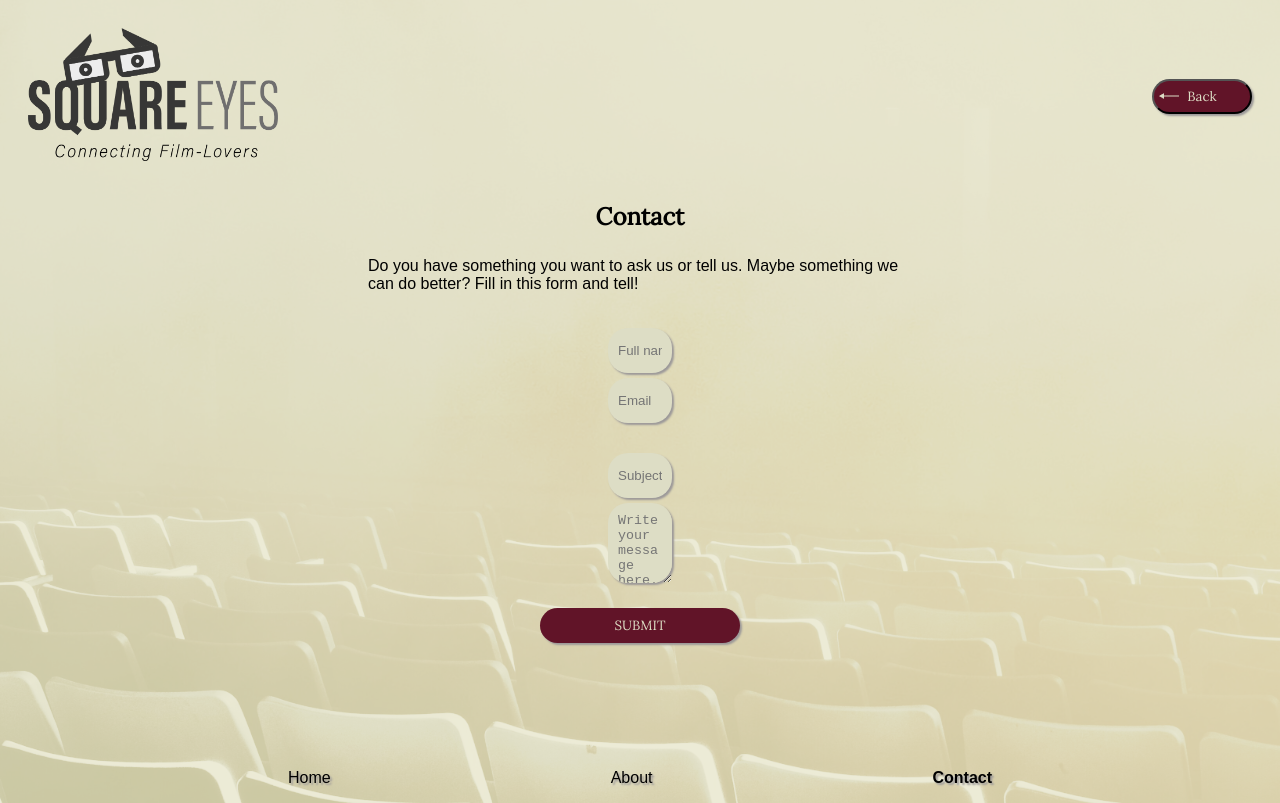
Repository: Noroff-FEU-Assignments/cross-course-project-Bekkholt
Page: contact.html
An editor plug-in stored every save of this project. The page is shown before and after the next save, followed by the edit.
The browser window is 1280 px wide. The pictures show the whole page.

Above is the page before, as saved 2022-11-07 18:38:33.

### contact.html
<!DOCTYPE html>
<html>
  <head>
    <title>Square Eyes | Contact</title>
    <meta name="description" content="Square Eyes - Connecting film lovers." />
    <meta name="viewport" content="width=device-width, initial-scale=1" />
    <link href="css/index.css" rel="stylesheet">
    <link rel="preconnect" href="https://fonts.googleapis.com">
    <link rel="preconnect" href="https://fonts.gstatic.com" crossorigin>
    <link href="https://fonts.googleapis.com/css2?family=Lora&display=swap" rel="stylesheet">
    <meta name="viewport" content="width=device-width, initial-scale=1">
  </head>
  <body>
    <header>
      <a href="index.html"><img class="logo" src="images/SquareEyes_Logo.png" alt="Square Eyes logo"></a>
      <a href="index.html"><button class="cta back">Back</button></a>
    </header>
    <main>
    <h1>Contact</h1>
    <p>
        Do you have something you want to ask us or tell us. Maybe something we can do better? Fill in this form and tell!
    </p>
    <form action="submit.php" method="post">
      <input class="contact_form" placeholder="Full name" type="text" name="fullname" />
      <input class="contact_form contact_form_space" placeholder="Email" type="email" name="email" />
      <input class="contact_form" placeholder="Subject" type="text" name="subject" />
      <textarea class="message" placeholder="Write your message here." id="message" name="message" rows="5" cols="20"></textarea>
      <input class="cta long submit_form_space" placeholder="SUBMIT" type="submit" value="SUBMIT" />
    </form>
  </main>
  <footer>
    <nav>
      <ul>
        <li><a href="index.html">Home</a></li>
        <li><a href="about.html">About</a></li>
        <li><a href="contact.html" class="active">Contact</a></li>
      </ul>
    </nav>
  </footer>
  </body>
</html>

### css/index.css
html {
    background: url(../images/alex-avalos-dnUNjIUCg5c-unsplash.jpg);
    background-size: cover;
    background-repeat: no-repeat;
    background-blend-mode:soft-light;
    background-color: #ddddc5;
    min-height: 100%;
}

h1, h2 {
    font-family: 'Lora', serif;
    font: bold;
    font-size: x-large;
    text-align: center;
    font-weight: bold;
}

p {
    font-family: 'DM Sans', sans-serif;
    color: #000000;
    text-align: left;
    padding: 5px 60px;
}

.index {
    text-shadow: 2px 2px 2px #9c9999;
}

form {
    display: flex;
    flex-direction: column;
    padding: 10px 85px 10px 85px;
}

header {
display: flex;
flex-direction: row;
justify-content: space-between;
align-items: center;
padding: 20px;
}

.genre, .price {
    display: flex;
    flex-direction: row;
    justify-content: space-around;
}

.price {
    padding-top: 0px;
    padding-bottom: 10px;
}

.hobbs, .godzilla, .batman,
.toy-story, .addams, .sweetheart, .hollywood, .scream {
    max-width: 100px;
    margin: 0px;
    box-shadow: 2px 2px 2px #9c9999;
}

.collections {
    display: flex;
    flex-direction: row;
    justify-content: space-around;
}

.cta {
    background-color: #611428;
    color: #ddddc5;
    font-family: 'Lora', serif;
    border-radius: 50px;
    width: 100px;
    height: 35px;
    text-decoration: none;
    text-align: center;
    box-shadow: 2px 2px 2px #9c9999;
}

.long {
    align-self: center;
    width: 200px;
    margin: 5px;
}

.back {
    background-image: url(../images/Arrow\ 6.png);
    background-repeat: no-repeat;
    background-position: 5px;
}

.logo {
    max-width: 150px;
    padding: 0px;
}

ul a {
    font-family: 'DM Sans', sans-serif;
    color: #000000;
    text-decoration: none;
    text-shadow: 2px 2px 2px #9c9999;
}

ul {
    list-style: none;
    display: flex;
    flex-direction: row;
    justify-content: space-evenly;
    padding: 0%;
}

.active, .bold {
    font-weight: bold;
}

.allproducts {
    display: flex;
    flex-direction: row;
}

.addams__specific {
    max-width: 50%;
    max-height: 50%;
    padding: 95px;
    padding-top: 20px;
    padding-bottom: 20px;
}

.checkmark {
    padding-left: 155px;
}

.checkout_buttons {
    display: flex;
    flex-direction: column;
    align-items: center;
    padding-top: 5px;
}

.index {
    text-align: left;
    padding-left: 15px;
}

.continue {
    text-align: center;
    padding: 0px;
    margin: 20px;
}

.congratulations {
    color: #611428;
    font-size: xx-large;
}

.director_photo {
    padding-left: 50px;
}

input, textarea  {
    margin-bottom: 5px;
    border-radius: 20px;
    background-color: #ddddc5;
    box-shadow: 2px 2px 2px #9c9999;
    border: none;
    height: 25px;
}

.contact_form {
    padding: 10px;
}

.contact_form_space {
    margin-bottom: 30px;
}

.message {
    height: 60px;
    padding: 10px;
}

.submit_form_space {
    margin-top: 20px;
    margin-bottom: 100px;
}

.small_form {
    display: flex;
    justify-content: center space-evenly;
    width: 98px;
}

.paypal {
    width: 80px;
    height: 60px;
    border-radius: 90px;
    display: flex;
    align-self: center;
    background-image: url(../images/paypal_button.png);
    background-repeat: no-repeat;
    background-position: 50%;
    box-shadow: 2px 2px 2px #9c9999;
}

.paypal_button {
    /* width: 80px;
    height: 60px; */
    border-radius: 90px;
    display: flex;
    flex-direction: column;
    background-color: #ddddc5;
    align-self: center;
    box-shadow: 2px 2px 2px #9c9999;
    text-decoration: none;
    margin: auto;
    width: fit-content;
    padding: 5px 0;
}

.paypal_button_text {
    text-align: center;
    margin: 0 30px;
    padding: 0;
}

.paypal_button_logo {
    width: 30px;
    align-self: center;
}

.product_text {
    margin-top: 1px;
    margin-bottom: 1px;
}

@media (min-width: 600px) and (max-width: 999px) {

    p {
    margin: 0px 100px;
    }

    .director_photo {
        margin-left: 50px;
    }

    .addams__specific {
        margin: 0px 100px;
    }

    .checkmark {
        padding-left: 400px;
    }

    .small_form {
        display: flex;
        justify-content: center space-evenly;
        width: 125px;
    }

    .index {
        margin-left: 40px;
    }

    form {
        display: flex;
        flex-direction: column;
        padding: 10px 200px 10px 200px;
    }

    .small_form {
        display: flex;
        justify-content: center space-evenly;
        width: 110px;
    }

    .hobbs, .godzilla, .batman,
    .toy-story, .addams, .sweetheart, .hollywood, .scream {
    max-width: 150px;
    margin: 0px;
    box-shadow: 2px 2px 2px #9c9999;
}

    .logo {
    max-width: 200px;
    padding: 0px;
}

}

@media (min-width: 1000px) {

    p {
    margin: 20px 300px;
    }

    .director_photo {
        margin-left: 250px;
    }

    .addams__specific {
        margin: 0px 380px;
    }

    .checkmark {
        padding-left: 700px;
    }

    form {
        display: flex;
        flex-direction: column;
        padding: 10px 600px 10px 600px;
    }

    .small_form {
        display: flex;
        justify-content: center space-evenly;
        width: 125px;
    }

    .index {
        margin-left: 90px;
    }

    .logo {
        max-width: 250px;
        padding: 0px;
    }

    .hobbs, .godzilla, .batman,
    .toy-story, .addams, .sweetheart, .hollywood, .scream {
    max-width: 200px;
    margin: 0px;
    box-shadow: 2px 2px 2px #9c9999;
}
}

After the next save:
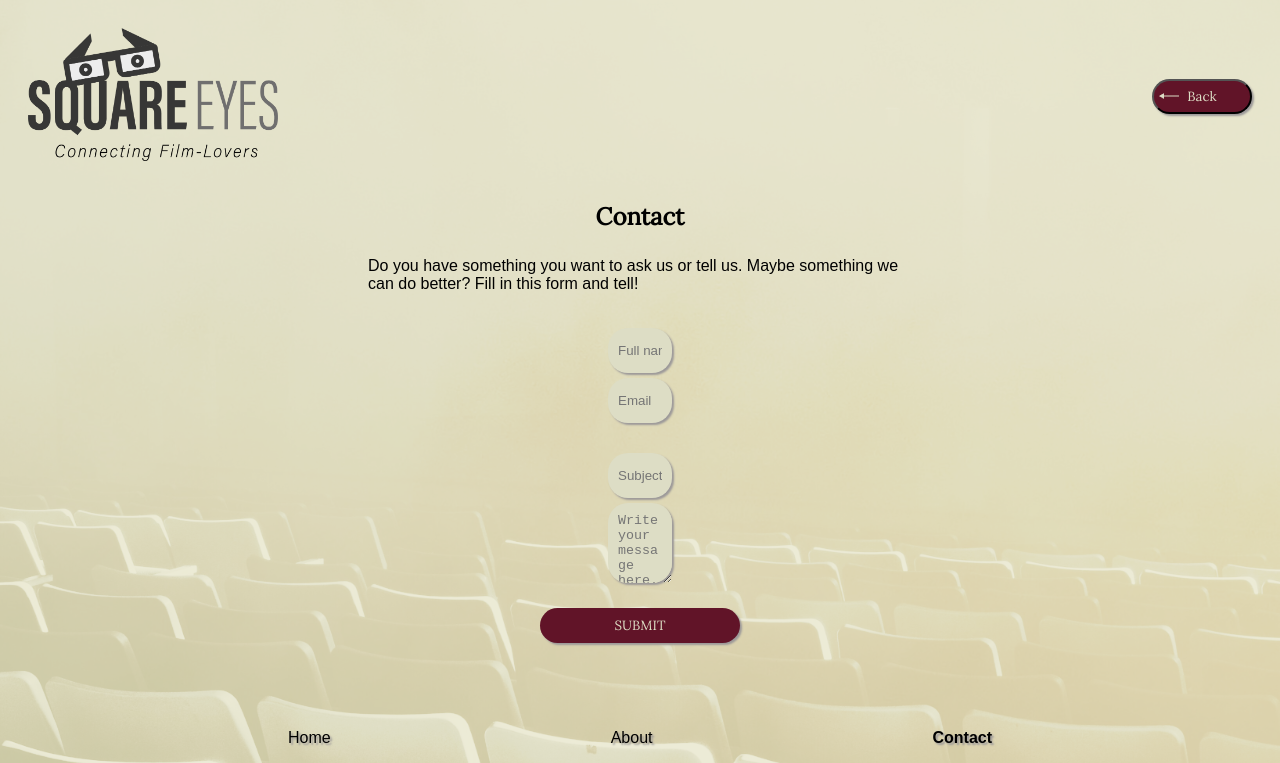
Saved 28 s later.
--- a/css/index.css
+++ b/css/index.css
@@ -180,7 +180,7 @@
 
 .submit_form_space {
     margin-top: 20px;
-    margin-bottom: 100px;
+    margin-bottom: 60px;
 }
 
 .small_form {
